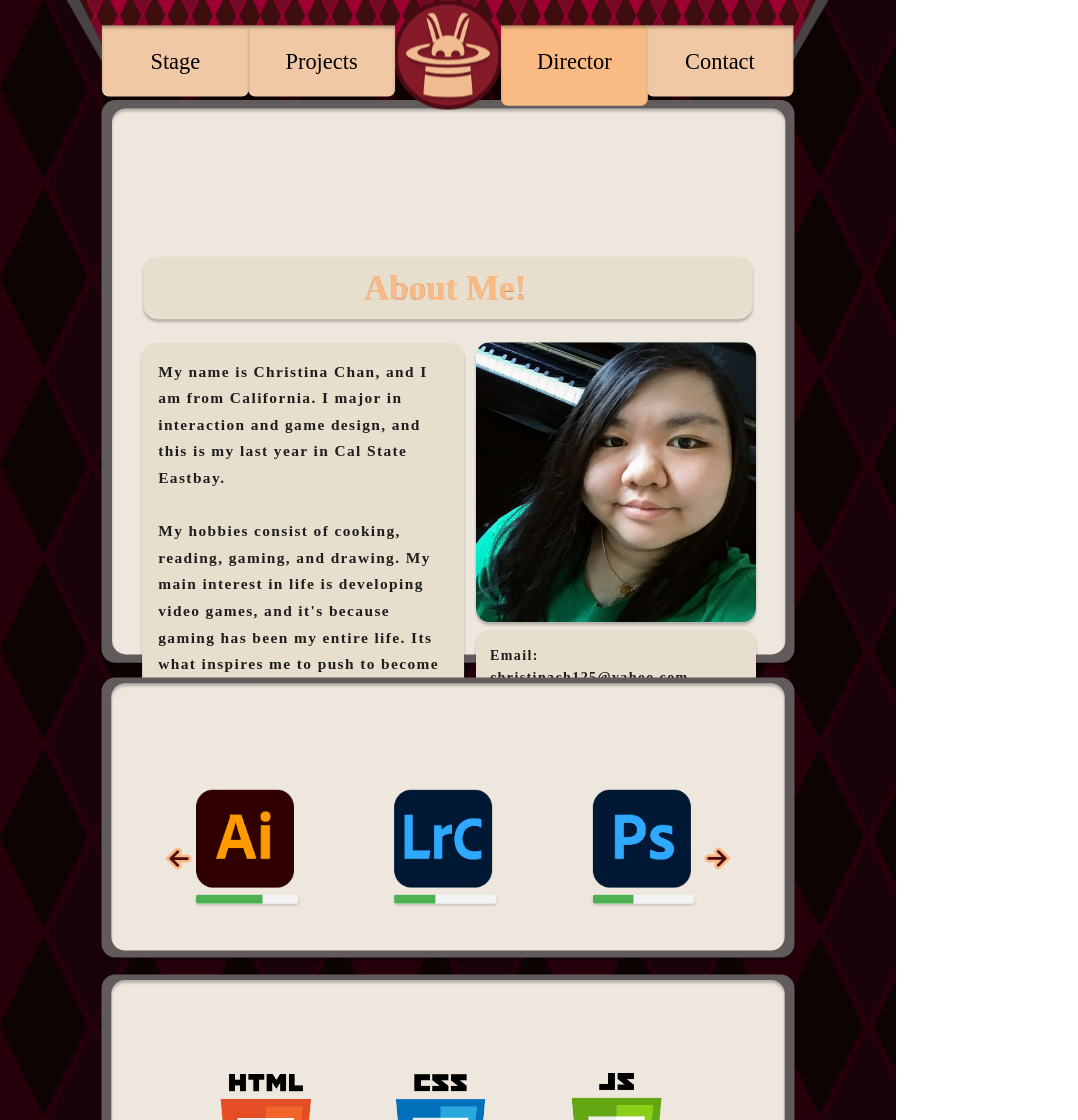
Repository: EMP-ChristinaC/Portfolio
Page: about-page/about.html
The author's editor kept a copy of each file at every save. The page is drawn from the files as they stood at one save, then again after the next save.
The browser window is 1280 px wide. The page is 1280 px wide, then 1540 px, so the pictures cover 1540 px, including what lies to the right of the window. The pictures show the part of the page from y = 0 to 1600 px (the page is 3811 px tall before and 2961 px after), at 70% of full size.
Some web fonts or font styles are not loaded; a fallback is used.

Above is the page before, as saved 2024-12-18 16:24:59.

After the next save:
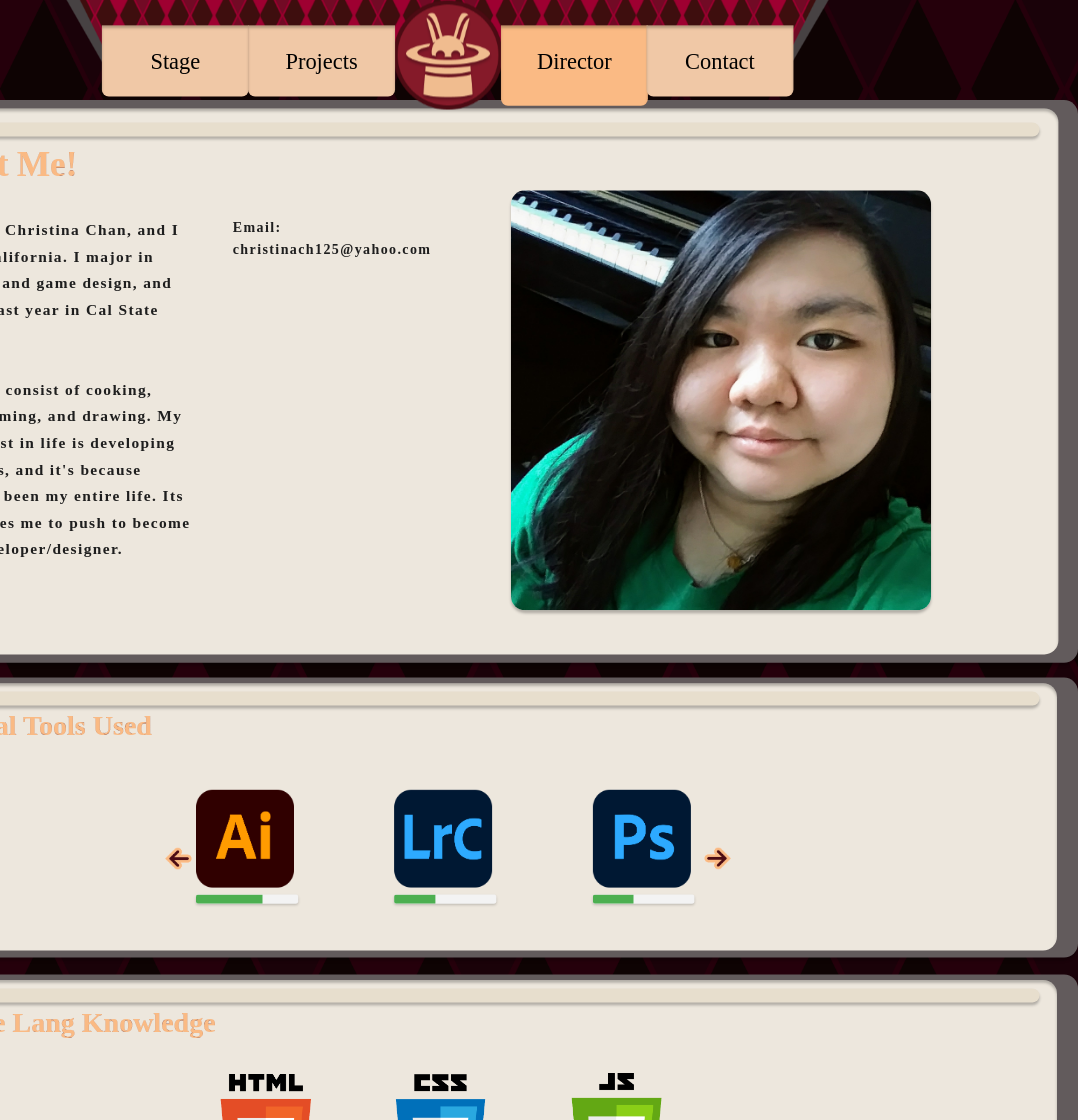
Saved 8 s later.
--- a/about-page/about.html
+++ b/about-page/about.html
@@ -19,7 +19,7 @@
 
     <link rel="stylesheet" href="about-style.css">
     <link rel="stylesheet" href="../nav.css">
-    <link rel="stylesheet" href="about-style1280x1024.css">
+    <!-- <link rel="stylesheet" href="about-style1280x1024.css"> -->
     <link rel="stylesheet" href="media-style-mac-about.css">
     <link rel="stylesheet" href="media-style-phone-about.css">
 
